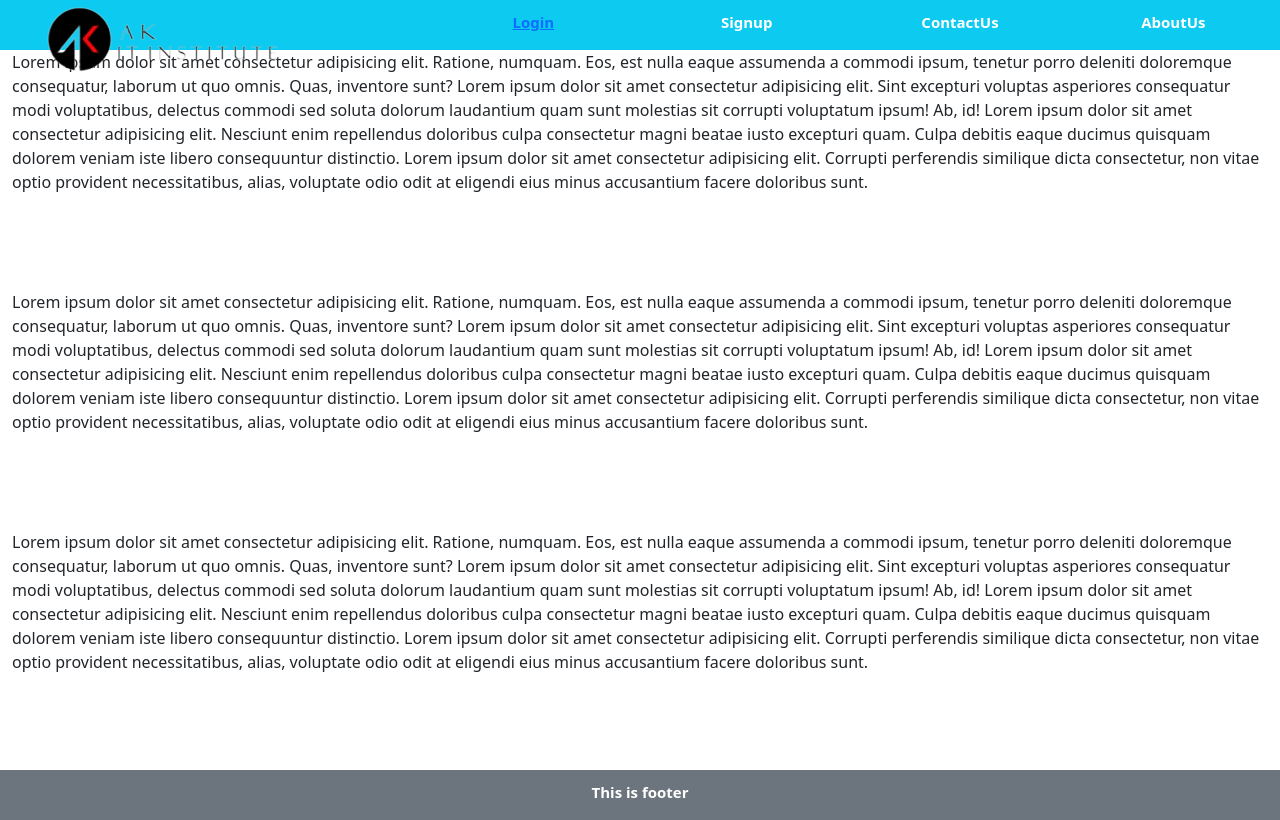
Repository: vishalsin888/J2EE-
Page: http://localhost/JSPE2E/
The author's editor kept a copy of each file at every save. The page is drawn from the files as they stood at one save, then again after the next save.
The browser window is 1280 px wide. The pictures show the whole page.
The page is served by Tomcat 9.

Above is the page before, as saved 2022-10-28 10:53:57.

After the next save:
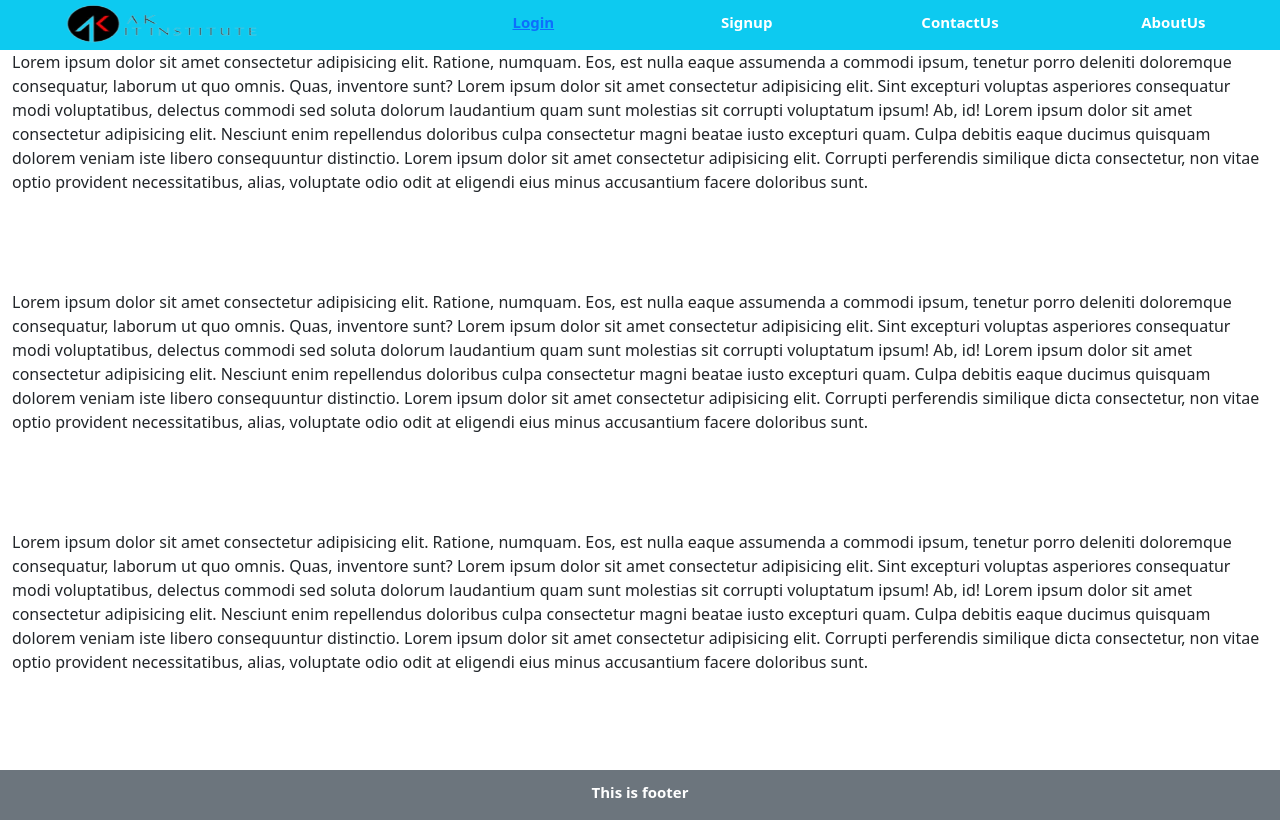
Saved 79 s later.
--- a/JSPE2E/src/main/webapp/header.jsp
+++ b/JSPE2E/src/main/webapp/header.jsp
@@ -14,13 +14,17 @@
             font-size: 15px;
             font-weight: 700;
         }
+        .logo{
+            width: 200px;
+    		height: 45px;
+        }
     </style>
 </head>
 
 <body>
     <div class="container-fluid bg-info" style="position: sticky;top: 0px;">
         <div class="row" style="height:50px;">
-            <div class="col-3 text-center my-lineheight"><a href="index.jsp"><img src="img/AKIT-new.png"></a></div>
+            <div class="col-3 text-center my-lineheight"><a href="index.jsp"><img src="img/AKIT-new.png" class="logo"></a></div>
             <div class="col-1"></div>
             <div class="col-2 text-center my-lineheight"><a href="login.jsp">Login</a></div>
             <div class="col-2 text-center my-lineheight">Signup</div>
